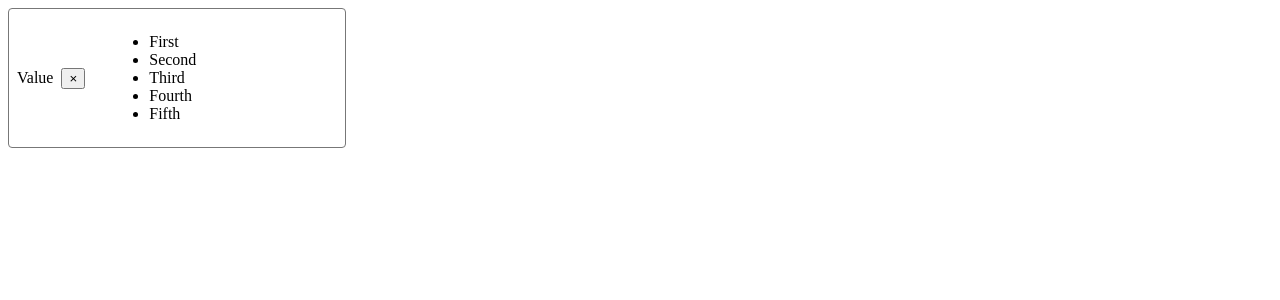
Repository: csabbah/ts-react-custom-select
Page: /
These files come from the project's save history. The page is drawn as it stood at one moment and after a run of saves; the edit follows.
The browser window is 1280 px wide. The pictures show the whole page.
The project was rebuilt for these pictures with package versions that can differ from the ones it lists, and the page was loaded fresh each time. Also part of the build but not shown: vite.config.ts.

Above is the page before, as saved 2022-12-24 11:54:28.

After the next 2 saves:
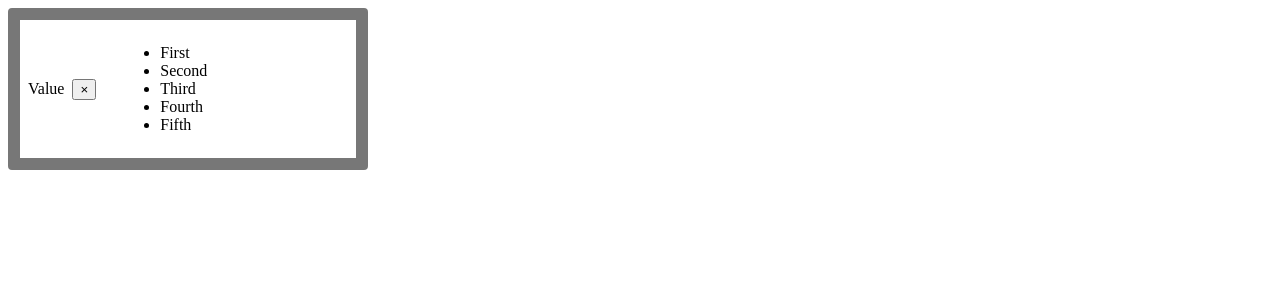
The 2 saves are shown as one change because they came seconds apart.
The last was saved 10 s later.
--- a/src/select.module.css
+++ b/src/select.module.css
@@ -2,17 +2,17 @@
   position: relative;
   width: 20em;
   min-height: 1.5em;
-  border: 0.1em solid #777;
+  border: 0.8em solid #777;
   display: flex;
   align-items: center;
   gap: 0.5em;
   padding: 0.5em;
   border-radius: 0.25em;
   outline: none;
-  transition: 0.15s all ease-in-out;
+  transition: 0.1s all ease-in-out;
 }
 
 .container:focus {
   border-color: rgb(56, 165, 232);
-  transition: 0.15s all ease-in-out;
+  transition: 0.1s all ease-in-out;
 }

After the save that followed:
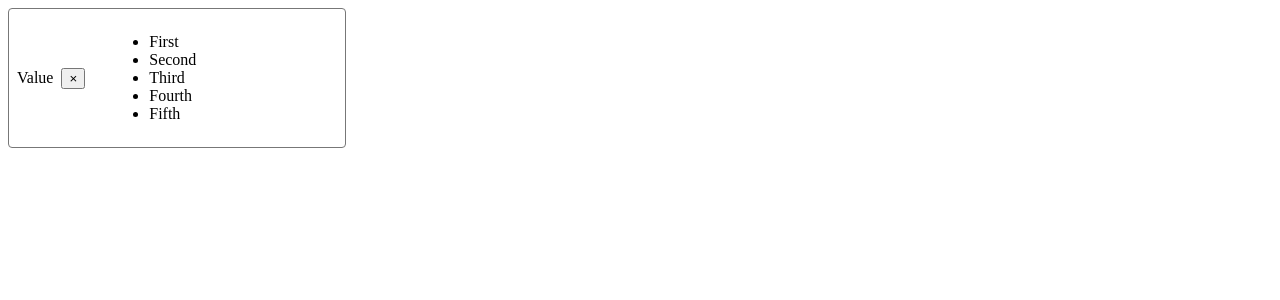
Saved 4 s later.
--- a/src/select.module.css
+++ b/src/select.module.css
@@ -2,7 +2,7 @@
   position: relative;
   width: 20em;
   min-height: 1.5em;
-  border: 0.8em solid #777;
+  border: 0.08em solid #777;
   display: flex;
   align-items: center;
   gap: 0.5em;
